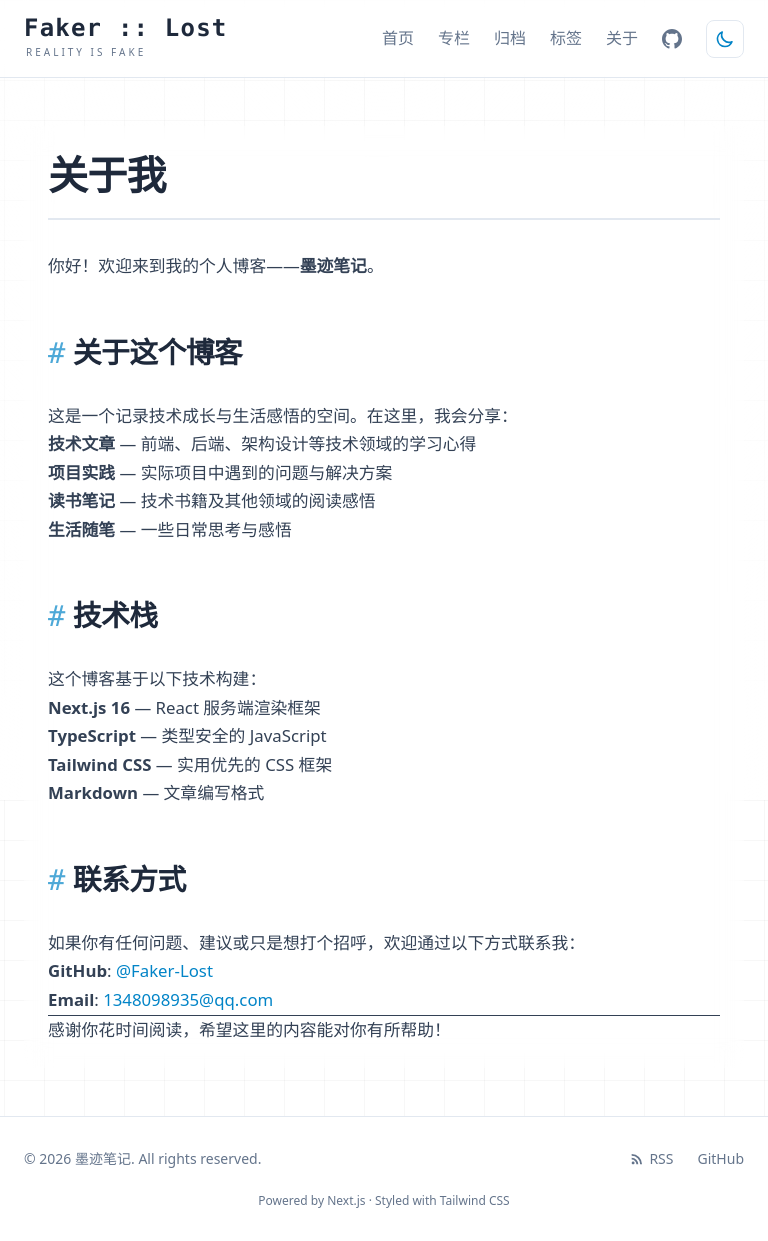
Repository: Faker-Lost/my-blog
Page: /about
The author's editor kept a copy of each file at every save. The page is drawn from the files as they stood at one save, then again after the next save.
The browser window is 768 px wide. The pictures show the whole page.
The project was rebuilt for these pictures with package versions that can differ from the ones it lists, and the page was loaded fresh each time. The framework's server and built-in components were replaced by stand-ins that run in the browser. Also part of the build but not shown: next.config.ts.

Above is the page before, as saved 2026-02-10 14:46:45.

### app/layout.tsx
import type { Metadata } from "next";
import { Noto_Serif_SC } from "next/font/google";
import Header from "@/components/Header";
import Footer from "@/components/Footer";
import { SpeedInsights } from "@vercel/speed-insights/next";
import "./globals.css";

// 使用 Noto Serif SC 作为主字体，传统优雅风格
const notoSerifSC = Noto_Serif_SC({
  weight: ['400', '600', '700'],
  subsets: ['latin'],
  variable: '--font-noto-serif',
  display: 'swap',
});

export const metadata: Metadata = {
  title: {
    default: "Faker :: Lost",
    template: "%s | Faker :: Lost",
  },
  description: "Code is Reality. Reality is Fake. 技术探索与迷失记录。",
  keywords: ["Faker-Lost", "博客", "技术", "C++", "Qt", "OpenCV"],
  authors: [{ name: "Faker-Lost" }],
  openGraph: {
    type: "website",
    locale: "zh_CN",
    siteName: "Faker :: Lost",
  },
  verification: {
    other: {
      "baidu-site-verification": "codeva-wALds0TuPo",
    },
  },
};

export default function RootLayout({
  children,
}: Readonly<{
  children: React.ReactNode;
}>) {
  return (
    <html lang="zh-CN" suppressHydrationWarning>
      <head>
        {/* 防止 FOUC - 提前应用主题 */}
        <script
          dangerouslySetInnerHTML={{
            __html: `
              (function() {
                try {
                  var darkMode = localStorage.getItem('darkMode');
                  if (darkMode === 'true' || (!darkMode && window.matchMedia('(prefers-color-scheme: dark)').matches)) {
                    document.documentElement.classList.add('dark');
                  }
                } catch (e) {}
              })();
            `,
          }}
        />
      </head>
      <body className={`${notoSerifSC.variable} min-h-screen flex flex-col`}>
        <Header />
        <main className="flex-1">
          {children}
        </main>
        <Footer />
        <SpeedInsights />
      </body>
    </html>
  );
}

### app/about/page.tsx
import { Metadata } from 'next';

export const metadata: Metadata = {
  title: '关于',
  description: '了解更多关于我和这个博客的信息',
};

export default function AboutPage() {
  return (
    <div className="max-w-3xl mx-auto px-6 py-12 page-transition">
      <article className="prose">
        <h1>关于我</h1>

        <p>
          你好！欢迎来到我的个人博客——<strong>墨迹笔记</strong>。
        </p>

        <h2>关于这个博客</h2>

        <p>
          这是一个记录技术成长与生活感悟的空间。在这里，我会分享：
        </p>

        <ul>
          <li><strong>技术文章</strong> — 前端、后端、架构设计等技术领域的学习心得</li>
          <li><strong>项目实践</strong> — 实际项目中遇到的问题与解决方案</li>
          <li><strong>读书笔记</strong> — 技术书籍及其他领域的阅读感悟</li>
          <li><strong>生活随笔</strong> — 一些日常思考与感悟</li>
        </ul>

        <h2>技术栈</h2>

        <p>
          这个博客基于以下技术构建：
        </p>

        <ul>
          <li><strong>Next.js 16</strong> — React 服务端渲染框架</li>
          <li><strong>TypeScript</strong> — 类型安全的 JavaScript</li>
          <li><strong>Tailwind CSS</strong> — 实用优先的 CSS 框架</li>
          <li><strong>Markdown</strong> — 文章编写格式</li>
        </ul>

        <h2>联系方式</h2>

        <p>
          如果你有任何问题、建议或只是想打个招呼，欢迎通过以下方式联系我：
        </p>

        <ul>
          <li>
            <strong>GitHub</strong>:{' '}
            <a href="https://github.com/Faker-Lost" target="_blank" rel="noopener noreferrer">
              @Faker-Lost
            </a>
          </li>
          <li>
            <strong>Email</strong>: <a href="mailto:1348098935@qq.com">1348098935@qq.com</a>
          </li>
        </ul>

        <hr />

        <p>
          感谢你花时间阅读，希望这里的内容能对你有所帮助！
        </p>
      </article>
    </div>
  );
}

### components/Header.tsx
import Link from 'next/link';
import ThemeToggle from './ThemeToggle';
import GlitchText from './GlitchText';

export default function Header() {
  return (
    <header className="sticky top-0 z-50 border-b border-[var(--border)] bg-[var(--header-bg)] backdrop-blur-md supports-[backdrop-filter]:bg-opacity-60 transition-all duration-300">
      <div className="max-w-6xl mx-auto px-6 py-4 flex items-center justify-between">
        {/* Logo / 站点名称 */}
        <Link href="/" className="group flex flex-col items-start gap-1">
          <span
            className="text-2xl font-bold tracking-tighter text-[var(--foreground)]
                       group-hover:text-[var(--accent)] transition-colors leading-none font-mono"
          >
            <GlitchText text="Faker :: Lost" />
          </span>
          <span className="text-[10px] uppercase tracking-[0.3em] text-[var(--muted)] pl-0.5">
            REALITY IS FAKE
          </span>
        </Link>

        {/* 导航 */}
        <nav className="flex items-center gap-5 sm:gap-6">
          <Link
            href="/"
            className="text-[var(--muted)] hover:text-[var(--foreground)] transition-colors"
          >
            首页
          </Link>
          <Link
            href="/series"
            className="text-[var(--muted)] hover:text-[var(--foreground)] transition-colors"
          >
            专栏
          </Link>
          <Link
            href="/archive"
            className="text-[var(--muted)] hover:text-[var(--foreground)] transition-colors"
          >
            归档
          </Link>
          <Link
            href="/tags"
            className="text-[var(--muted)] hover:text-[var(--foreground)] transition-colors"
          >
            标签
          </Link>
          <Link
            href="/about"
            className="text-[var(--muted)] hover:text-[var(--foreground)] transition-colors"
          >
            关于
          </Link>
          <a
            href="https://github.com/Faker-Lost"
            target="_blank"
            rel="noopener noreferrer"
            className="text-[var(--muted)] hover:text-[var(--foreground)] transition-colors"
            aria-label="GitHub"
          >
            <svg className="w-5 h-5" fill="currentColor" viewBox="0 0 24 24">
              <path d="M12 0c-6.626 0-12 5.373-12 12 0 5.302 3.438 9.8 8.207 11.387.599.111.793-.261.793-.577v-2.234c-3.338.726-4.033-1.416-4.033-1.416-.546-1.387-1.333-1.756-1.333-1.756-1.089-.745.083-.729.083-.729 1.205.084 1.839 1.237 1.839 1.237 1.07 1.834 2.807 1.304 3.492.997.107-.775.418-1.305.762-1.604-2.665-.305-5.467-1.334-5.467-5.931 0-1.311.469-2.381 1.236-3.221-.124-.303-.535-1.524.117-3.176 0 0 1.008-.322 3.301 1.23.957-.266 1.983-.399 3.003-.404 1.02.005 2.047.138 3.006.404 2.291-1.552 3.297-1.23 3.297-1.23.653 1.653.242 2.874.118 3.176.77.84 1.235 1.911 1.235 3.221 0 4.609-2.807 5.624-5.479 5.921.43.372.823 1.102.823 2.222v3.293c0 .319.192.694.801.576 4.765-1.589 8.199-6.086 8.199-11.386 0-6.627-5.373-12-12-12z" />
            </svg>
          </a>
          <ThemeToggle />
        </nav>
      </div>
    </header>
  );
}

### components/Footer.tsx
import Link from 'next/link';

export default function Footer() {
  const currentYear = new Date().getFullYear();

  return (
    <footer className="border-t border-[var(--border)] bg-[var(--background)] mt-auto">
      <div className="max-w-4xl mx-auto px-6 py-8">
        <div className="flex flex-col md:flex-row items-center justify-between gap-4">
          {/* 版权信息 */}
          <p className="text-sm text-[var(--muted)]">
            © {currentYear} 墨迹笔记. All rights reserved.
          </p>

          {/* 链接 */}
          <div className="flex items-center gap-6 text-sm">
            <Link
              href="/rss.xml"
              className="text-[var(--muted)] hover:text-[var(--accent)] transition-colors flex items-center gap-1"
            >
              <svg className="w-4 h-4" fill="currentColor" viewBox="0 0 24 24">
                <path d="M6.18 15.64a2.18 2.18 0 0 1 2.18 2.18C8.36 19 7.38 20 6.18 20C5 20 4 19 4 17.82a2.18 2.18 0 0 1 2.18-2.18M4 4.44A15.56 15.56 0 0 1 19.56 20h-2.83A12.73 12.73 0 0 0 4 7.27V4.44m0 5.66a9.9 9.9 0 0 1 9.9 9.9h-2.83A7.07 7.07 0 0 0 4 12.93V10.1z"/>
              </svg>
              RSS
            </Link>
            <a
              href="https://github.com"
              target="_blank"
              rel="noopener noreferrer"
              className="text-[var(--muted)] hover:text-[var(--accent)] transition-colors"
            >
              GitHub
            </a>
          </div>
        </div>

        {/* 技术栈标识 */}
        <p className="text-center text-xs text-[var(--muted)] mt-6">
          Powered by Next.js · Styled with Tailwind CSS
        </p>
      </div>
    </footer>
  );
}

### app/globals.css
@import "tailwindcss";

:root {
  /* 浅色主题 - 现代极简 & 科技感 */
  --background: #ffffff;
  --foreground: #1e293b;
  /* Slate-800 */
  --accent: #0284c7;
  /* Sky-600 */
  --accent-glow: rgba(2, 132, 199, 0.4);
  --muted: #64748b;
  /* Slate-500 */
  --border: #e2e8f0;
  /* Slate-200 */
  --card: rgba(255, 255, 255, 0.8);
  /* 半透明白 */
  --header-bg: rgba(255, 255, 255, 0.75);
  --grid-color: rgba(0, 0, 0, 0.03);
  /* 浅色网格 */

  --font-sans: system-ui, -apple-system, BlinkMacSystemFont, 'Segoe UI', Roboto, 'Helvetica Neue', Arial, sans-serif;
  --font-mono: 'JetBrains Mono', 'Fira Code', Consolas, monospace;
}

@theme inline {
  --color-background: var(--background);
  --color-foreground: var(--foreground);
  --color-accent: var(--accent);
  --color-muted: var(--muted);
  --color-border: var(--border);
  --color-card: var(--card);
  --font-sans: var(--font-sans);
  --font-mono: var(--font-mono);
}

/* 暗黑主题 - 深邃午夜 & 赛博微光 */
.dark {
  --background: #09090b;
  /* Zinc-950 (接近纯黑但不死板) */
  --foreground: #e2e8f0;
  /* Slate-200 */
  --accent: #22d3ee;
  /* Cyan-400 (电光青) */
  --accent-glow: rgba(34, 211, 238, 0.3);
  --muted: #94a3b8;
  /* Slate-400 */
  --border: #27272a;
  /* Zinc-800 */
  --card: rgba(24, 24, 27, 0.6);
  /* 半透明黑 */
  --header-bg: rgba(9, 9, 11, 0.7);
  --grid-color: rgba(255, 255, 255, 0.03);
  /* 深色网格 */
}

body {
  background-color: var(--background);
  /* 背景网格纹理 - 增加空间感 */
  background-image:
    linear-gradient(var(--grid-color) 1px, transparent 1px),
    linear-gradient(90deg, var(--grid-color) 1px, transparent 1px);
  background-size: 40px 40px;
  background-position: center top;

  color: var(--foreground);
  font-family: var(--font-sans);
  line-height: 1.7;
  transition: background-color 0.3s ease, color 0.3s ease;
  min-height: 100vh;
}

/* 顶部增加一个渐变遮罩，让网格淡出 */
body::before {
  content: "";
  position: fixed;
  top: 0;
  left: 0;
  width: 100%;
  height: 100%;
  pointer-events: none;
  background: radial-gradient(circle at 50% 0%, transparent 0%, var(--background) 100%);
  z-index: -1;
}

/* 标题样式 - 结合黑客风与易读性 */
h1,
h2,
h3,
h4,
h5,
h6 {
  font-family: var(--font-mono);
  font-weight: 700;
  letter-spacing: -0.02em;
  color: var(--foreground);
}

/* Prose (文章内容) 深度定制 */
.prose {
  /* 调整正文颜色为更深的灰黑色，而非默认的Slate-800 */
  --tw-prose-body: #334155;
  /* Slate-700 -> 更实一点的黑 */
  --tw-prose-headings: #0f172a;
  /* Slate-900 -> 纯黑 */
  --tw-prose-links: var(--accent);
  --tw-prose-code: var(--accent);
  --tw-prose-quotes: var(--muted);

  font-size: 1.05rem;
  max-width: none;
  font-weight: 450;
  /* 略微增加字重 */
  color: var(--tw-prose-body);

  /* 给文章内容加一个舒适的阅读容器背景 */
  background: var(--card);
  /* 半透明背景 */
  backdrop-filter: blur(12px);
  /* 强模糊，消除网格干扰 */
  border: 1px solid var(--border);
  border-radius: 12px;
  padding: 2.5rem 3rem;
  /* 增加内边距，像一本书 */
  box-shadow: 0 4px 20px -5px rgba(0, 0, 0, 0.05);
}

/* Dark mode 下的 prose 颜色调整 */
.dark .prose {
  --tw-prose-body: #cbd5e1;
  /* Slate-300 */
  --tw-prose-headings: #f1f5f9;
  /* Slate-100 */
}

/* 移动端适配 */
@media (max-width: 768px) {
  .prose {
    padding: 1.5rem;
    border-radius: 0;
    border: none;
    background: transparent;
    /* 移动端去掉卡片，增加可视面积 */
    box-shadow: none;
  }
}

.prose h1 {
  font-size: 2.5rem;
  padding-bottom: 1rem;
  border-bottom: 2px solid var(--border);
  margin-bottom: 2rem;
  margin-top: 0;
  /* 消除顶部多余间距 */
  line-height: 1.3;
}

.prose h2 {
  font-size: 1.8rem;
  margin-top: 3rem;
  margin-bottom: 1.5rem;
  padding-left: 0;
  display: flex;
  align-items: center;
  position: relative;
}

.prose h2::before {
  content: "#";
  color: var(--accent);
  margin-right: 0.5rem;
  font-weight: 400;
  opacity: 0.7;
}

.prose a {
  color: var(--accent);
  text-decoration: none;
  border-bottom: 1px solid transparent;
  transition: all 0.3s;
  background-image: linear-gradient(var(--accent), var(--accent));
  background-position: 0% 100%;
  background-repeat: no-repeat;
  background-size: 0% 2px;
}

.prose a:hover {
  background-size: 100% 2px;
  color: var(--accent);
  text-shadow: 0 0 8px var(--accent-glow);
}

.prose blockquote {
  border-left: 3px solid var(--accent);
  background: var(--card);
  /* 这里的 card 是半透明的 */
  backdrop-filter: blur(4px);
  padding: 1rem 1.5rem;
  border-radius: 0 8px 8px 0;
  margin: 2rem 0;
}

/* 极客风格代码块 - 强制修复黑底黑字问题 */
.prose pre {
  background: #0f172a !important;
  /* 统一深色背景 */
  color: #f1f5f9 !important;
  /* 强制亮白色文字 */
  border: 1px solid #1e293b;
  border-radius: 8px;
  box-shadow: 0 4px 6px -1px rgba(0, 0, 0, 0.1), 0 2px 4px -1px rgba(0, 0, 0, 0.06);
  margin: 2rem 0;
  padding: 1.25rem;
  overflow-x: auto;
  font-family: var(--font-mono);
  font-size: 0.9rem;
  line-height: 1.7;
  font-weight: 500;
}

/* 行内代码 */
.prose :not(pre)>code {
  background: rgba(125, 211, 252, 0.1);
  /* 浅蓝透明底 */
  color: var(--accent);
  font-family: var(--font-mono);
  padding: 0.2rem 0.4rem;
  border-radius: 4px;
  border: 1px solid rgba(125, 211, 252, 0.2);
}

/* 图片样式 - 悬浮效果 */
.prose img {
  border-radius: 8px;
  border: 1px solid var(--border);
  transition: transform 0.3s ease, box-shadow 0.3s ease;
}

.prose img:hover {
  transform: scale(1.01);
  box-shadow: 0 10px 30px -10px rgba(0, 0, 0, 0.3);
}

/* 滚动条 - 极简 */
::-webkit-scrollbar {
  width: 6px;
  height: 6px;
}

::-webkit-scrollbar-thumb {
  background: var(--border);
  border-radius: 3px;
}

::-webkit-scrollbar-thumb:hover {
  background: var(--accent);
}

/* 页面过渡 */
.page-transition {
  animation: fadeUp 0.5s cubic-bezier(0.2, 0.8, 0.2, 1);
}

@keyframes fadeUp {
  from {
    opacity: 0;
    transform: translateY(20px);
  }

  to {
    opacity: 1;
    transform: translateY(0);
  }
}

/* Glitch Effect - 复用之前的，微调可见性 */
.glitch-wrapper {
  position: relative;
  display: inline-block;
  vertical-align: bottom;
  /* 对齐微调 */
}

.glitch {
  position: relative;
  color: var(--foreground);
  mix-blend-mode: normal;
}

.glitch:before,
.glitch:after {
  content: attr(data-text);
  position: absolute;
  top: 0;
  left: 0;
  width: 100%;
  height: 100%;
  background: var(--background);
  /* 重要：遮挡原字 */
}

.group:hover .glitch:before {
  color: #0ff;
  z-index: 2;
  opacity: 1;
  animation: glitch-anim-1 0.3s infinite linear alternate-reverse;
}

.group:hover .glitch:after {
  color: #f0f;
  z-index: 1;
  opacity: 1;
  animation: glitch-anim-2 0.3s infinite linear alternate-reverse;
}

/* Keyframes for Glitch (Compact) */
@keyframes glitch-anim-1 {
  0% {
    clip-path: inset(20% 0 80% 0);
    transform: translate(-2px, 1px);
  }

  20% {
    clip-path: inset(60% 0 10% 0);
    transform: translate(2px, -1px);
  }

  40% {
    clip-path: inset(40% 0 50% 0);
    transform: translate(-2px, 2px);
  }

  60% {
    clip-path: inset(80% 0 5% 0);
    transform: translate(2px, -2px);
  }

  80% {
    clip-path: inset(10% 0 70% 0);
    transform: translate(-1px, 1px);
  }

  100% {
    clip-path: inset(30% 0 20% 0);
    transform: translate(1px, -1px);
  }
}

@keyframes glitch-anim-2 {
  0% {
    clip-path: inset(15% 0 60% 0);
    transform: translate(2px, 1px);
  }

  20% {
    clip-path: inset(50% 0 30% 0);
    transform: translate(-2px, -1px);
  }

  40% {
    clip-path: inset(20% 0 70% 0);
    transform: translate(2px, 2px);
  }

  60% {
    clip-path: inset(70% 0 10% 0);
    transform: translate(-2px, -2px);
  }

  80% {
    clip-path: inset(10% 0 40% 0);
    transform: translate(1px, 1px);
  }

  100% {
    clip-path: inset(40% 0 20% 0);
    transform: translate(-1px, -1px);
  }
}

### components/ThemeToggle.tsx
'use client';

import { useEffect, useState } from 'react';

export default function ThemeToggle() {
  const [darkMode, setDarkMode] = useState(false);
  const [mounted, setMounted] = useState(false);

  useEffect(() => {
    setMounted(true);
    // 检查本地存储或系统偏好
    const stored = localStorage.getItem('darkMode');
    if (stored !== null) {
      setDarkMode(stored === 'true');
    } else {
      setDarkMode(window.matchMedia('(prefers-color-scheme: dark)').matches);
    }
  }, []);

  useEffect(() => {
    if (mounted) {
      if (darkMode) {
        document.documentElement.classList.add('dark');
      } else {
        document.documentElement.classList.remove('dark');
      }
      localStorage.setItem('darkMode', String(darkMode));
    }
  }, [darkMode, mounted]);

  // 防止 hydration 不匹配
  if (!mounted) {
    return (
      <button
        className="p-2 rounded-lg bg-[var(--card)] border border-[var(--border)]"
        aria-label="切换主题"
      >
        <span className="w-5 h-5 block" />
      </button>
    );
  }

  return (
    <button
      onClick={() => setDarkMode(!darkMode)}
      className="p-2 rounded-lg bg-[var(--card)] border border-[var(--border)]
                 hover:border-[var(--accent)] transition-colors"
      aria-label={darkMode ? '切换到浅色模式' : '切换到暗黑模式'}
    >
      {darkMode ? (
        // 太阳图标
        <svg
          className="w-5 h-5 text-[var(--accent)]"
          fill="none"
          stroke="currentColor"
          viewBox="0 0 24 24"
        >
          <path
            strokeLinecap="round"
            strokeLinejoin="round"
            strokeWidth={2}
            d="M12 3v1m0 16v1m9-9h-1M4 12H3m15.364 6.364l-.707-.707M6.343 6.343l-.707-.707m12.728 0l-.707.707M6.343 17.657l-.707.707M16 12a4 4 0 11-8 0 4 4 0 018 0z"
          />
        </svg>
      ) : (
        // 月亮图标
        <svg
          className="w-5 h-5 text-[var(--accent)]"
          fill="none"
          stroke="currentColor"
          viewBox="0 0 24 24"
        >
          <path
            strokeLinecap="round"
            strokeLinejoin="round"
            strokeWidth={2}
            d="M20.354 15.354A9 9 0 018.646 3.646 9.003 9.003 0 0012 21a9.003 9.003 0 008.354-5.646z"
          />
        </svg>
      )}
    </button>
  );
}

### components/GlitchText.tsx
import React from 'react';

interface GlitchTextProps {
  text: string;
  className?: string; // Allow additional styling
}

export default function GlitchText({ text, className = '' }: GlitchTextProps) {
  return (
    <div className={`glitch-wrapper ${className}`}>
      <div
        className="glitch relative font-bold tracking-wider"
        data-text={text}
      >
        {text}
      </div>
    </div>
  );
}

After the next save:
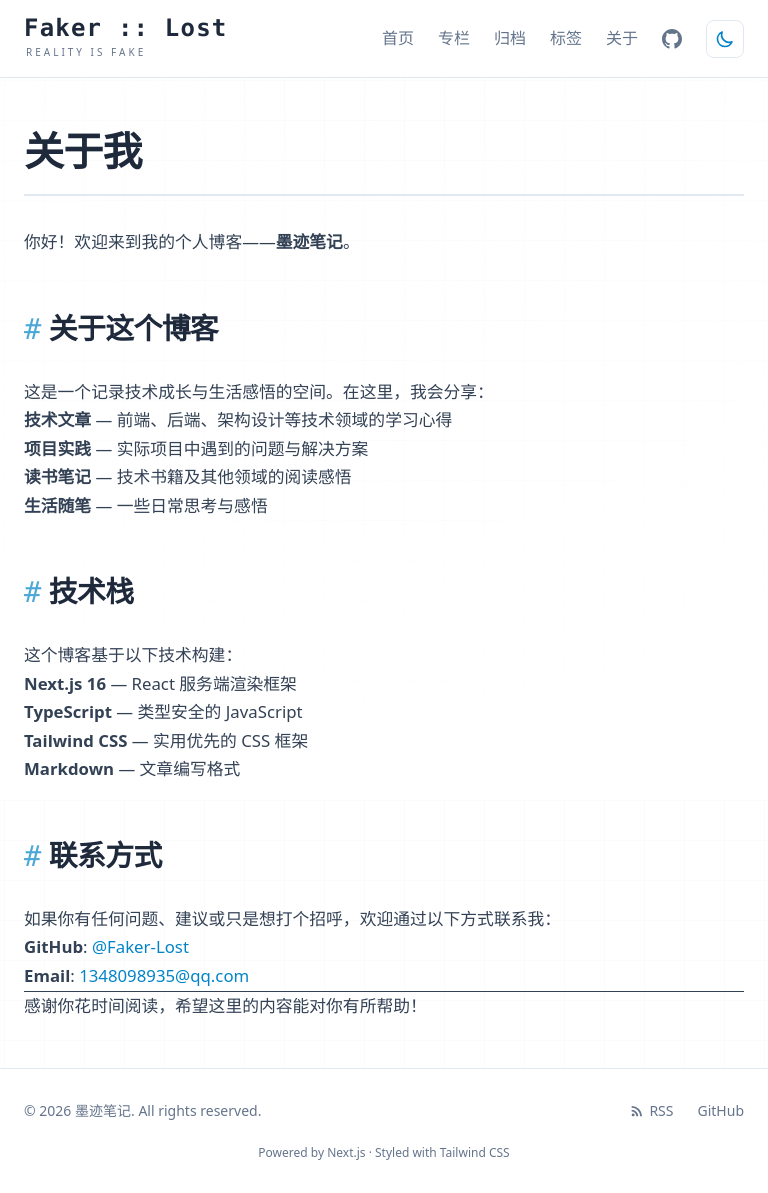
Saved 2 min 48 s later.
--- a/app/globals.css
+++ b/app/globals.css
@@ -15,8 +15,9 @@
   --card: rgba(255, 255, 255, 0.8);
   /* 半透明白 */
   --header-bg: rgba(255, 255, 255, 0.75);
-  --grid-color: rgba(0, 0, 0, 0.03);
-  /* 浅色网格 */
+
+  /* 网格颜色变得极淡，几乎不可见，只留一点点质感 */
+  --grid-color: rgba(0, 0, 0, 0.015);
 
   --font-sans: system-ui, -apple-system, BlinkMacSystemFont, 'Segoe UI', Roboto, 'Helvetica Neue', Arial, sans-serif;
   --font-mono: 'JetBrains Mono', 'Fira Code', Consolas, monospace;
@@ -49,8 +50,9 @@
   --card: rgba(24, 24, 27, 0.6);
   /* 半透明黑 */
   --header-bg: rgba(9, 9, 11, 0.7);
-  --grid-color: rgba(255, 255, 255, 0.03);
-  /* 深色网格 */
+
+  /* Dark mode 下也尽量淡化网格 */
+  --grid-color: rgba(255, 255, 255, 0.015);
 }
 
 body {
@@ -95,13 +97,13 @@ h6 {
   color: var(--foreground);
 }
 
-/* Prose (文章内容) 深度定制 */
+/* Prose (文章内容) 深度定制 - 还原自然阅读流 */
 .prose {
-  /* 调整正文颜色为更深的灰黑色，而非默认的Slate-800 */
+  /* 调整正文颜色为更深的灰黑色 */
   --tw-prose-body: #334155;
-  /* Slate-700 -> 更实一点的黑 */
+  /* Slate-700 */
   --tw-prose-headings: #0f172a;
-  /* Slate-900 -> 纯黑 */
+  /* Slate-900 */
   --tw-prose-links: var(--accent);
   --tw-prose-code: var(--accent);
   --tw-prose-quotes: var(--muted);
@@ -109,19 +111,14 @@ h6 {
   font-size: 1.05rem;
   max-width: none;
   font-weight: 450;
-  /* 略微增加字重 */
   color: var(--tw-prose-body);
 
-  /* 给文章内容加一个舒适的阅读容器背景 */
-  background: var(--card);
-  /* 半透明背景 */
-  backdrop-filter: blur(12px);
-  /* 强模糊，消除网格干扰 */
-  border: 1px solid var(--border);
-  border-radius: 12px;
-  padding: 2.5rem 3rem;
-  /* 增加内边距，像一本书 */
-  box-shadow: 0 4px 20px -5px rgba(0, 0, 0, 0.05);
+  /* 移除卡片样式，还原到之前的阅读体验 */
+  background: transparent;
+  padding: 0;
+  border: none;
+  box-shadow: none;
+  border-radius: 0;
 }
 
 /* Dark mode 下的 prose 颜色调整 */
@@ -130,18 +127,6 @@ h6 {
   /* Slate-300 */
   --tw-prose-headings: #f1f5f9;
   /* Slate-100 */
-}
-
-/* 移动端适配 */
-@media (max-width: 768px) {
-  .prose {
-    padding: 1.5rem;
-    border-radius: 0;
-    border: none;
-    background: transparent;
-    /* 移动端去掉卡片，增加可视面积 */
-    box-shadow: none;
-  }
 }
 
 .prose h1 {
@@ -190,13 +175,15 @@ h6 {
 }
 
 .prose blockquote {
-  border-left: 3px solid var(--accent);
-  background: var(--card);
-  /* 这里的 card 是半透明的 */
-  backdrop-filter: blur(4px);
+  border-left: 4px solid var(--accent);
+  /* 使用极淡的背景，还原引用块的感觉 */
+  background: rgba(var(--accent), 0.05);
+  /* 需要 CSS 变量支持 RGB，或者直接写死淡色 */
+  background: color-mix(in srgb, var(--accent), transparent 95%);
   padding: 1rem 1.5rem;
-  border-radius: 0 8px 8px 0;
   margin: 2rem 0;
+  font-style: italic;
+  color: var(--muted);
 }
 
 /* 极客风格代码块 - 强制修复黑底黑字问题 */
